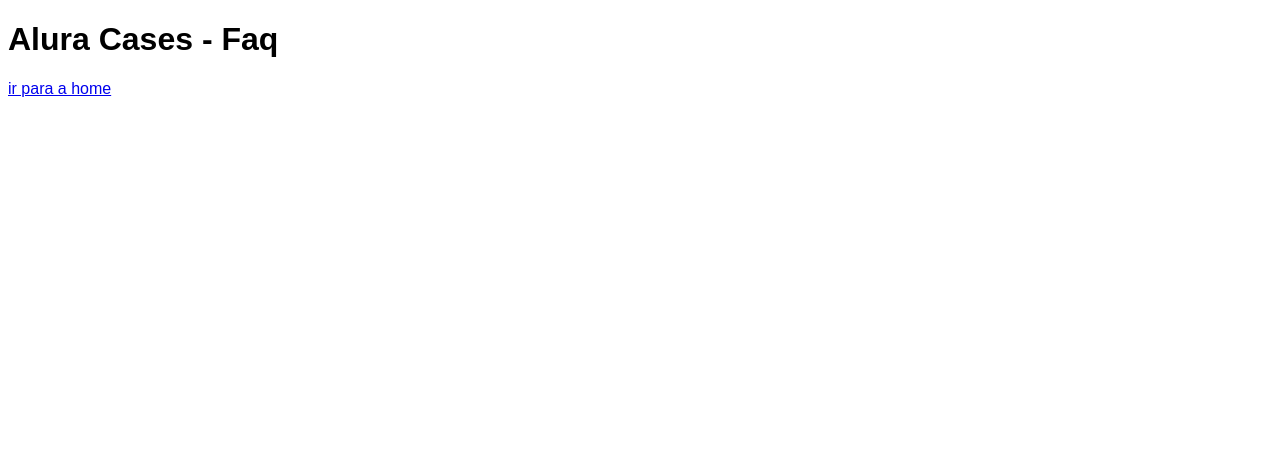
Repository: renan-oliveira93/alura-cases
Page: /faq
An editor plug-in stored every save of this project. The page is shown before and after the next save, followed by the edit.
The browser window is 1280 px wide. The pictures show the whole page.
The project was rebuilt for these pictures with package versions that can differ from the ones it lists, and the page was loaded fresh each time. The framework's server and built-in components were replaced by stand-ins that run in the browser.

Above is the page before, as saved 2022-02-09 08:15:25.

### pages/_app.js
import GlobalStyle from "../src/components/theme/GlobalStyle";

function MyApp ({ Component, pageProps}) {
    return (
        <>
        <GlobalStyle/>
        <Component {...pageProps} />
        </>
    )


}

export default MyApp;

### pages/faq.js
import Link from "../src/components/Link";

export default function FaqPage() {
    return(
        <div>
            <h1>Alura Cases - Faq</h1>
            <Link href="/">
                 <a>ir para a home</a>
            </Link>

        </div>
    )
}

### src/components/theme/GlobalStyle.js
export default function GlobalStyle () {
    return (
        <style global jsx>{`
            body {
                font-family: sans-serif;
            }
        `}</style>
    )
}

### src/components/Link/index.js
import NextLink from "next/link";

export default function Link({ children, href, ...props}) {
    return(
        <NextLink href={href} passHref>
            <a {...props}>{children}</a>
        </NextLink>
    )
}

### src/components/theme/theme.js
const partition = {
    'x1/1': '100%',
    'x1/2': '50%',
    'x1/3': '33.333333%',
    'x2/3': '66.666667%',
    'x1/4': '25%',
    'x2/4': '50%',
    'x3/4': '75%',
    'x1/5': '20%',
    'x2/5': '40%',
    'x3/5': '60%',
    'x4/5': '80%',
    'x1/6': '16.666667%',
    'x2/6': '33.333333%',
    'x3/6': '50%',
    'x4/6': '66.666667%',
    'x5/6': '83.333333%',
    'x1/12': '8.333333%',
    'x2/12': '16.666667%',
    'x3/12': '25%',
    'x4/12': '33.333333%',
    'x5/12': '41.666667%',
    'x6/12': '50%',
    'x7/12': '58.333333%',
    'x8/12': '66.666667%',
    'x9/12': '75%',
    'x10/12': '83.333333%',
    'x11/12': '91.666667%',
};

const container = {
    xcontainer_xs: '0', // '440px'  /* 27.5rem */,
    xcontainer_sm: '640px'  /* 40rem */,
    xcontainer_md: '768px'  /* 48rem */,
    xcontainer_lg: '1024px' /* 64rem */,
    xcontainer_xl: '1280px' /* 80rem */,
};

const space = {
    ...partition,
    ...container,
    x0: '0',
    xpx: '1px',
    'x0.5': '2px', // 0.125rem
    x1: '4px', // 0.25rem
    'x1.5': '6px', // 0.375rem
    x2: '8px', // 0.5rem
    'x2.5': '10px', // 0.625rem
    x3: '12px', // 0.75rem
    'x3.5': '14px', // 0.875rem
    x4: '16px', // 1rem
    x5: '20px', // 1.25rem'
    x6: '24px',// 1.5rem
    x7: '1.75rem',// 1.75rem
    x8: '32px', // 2rem
    x9: '36px', // 2.25rem
    x10: '40px', // 2.5rem
    x11: '44px', // 2.75rem
    x12: '48px', // 3rem
    x14: '56px', // 3.5rem
    x16: '64px', // 4rem
    x20: '80px', // 5rem
    x24: '96px', // 6rem
    x28: '112px', // 7rem
    x32: '128px', // 8rem
    x36: '144px', // 9rem
    x40: '160px', // 10rem
    x44: '176px', // 11rem
    x48: '192px', // 12rem
    x52: '208px', // 13rem
    x56: '224px', // 14rem
    x60: '240px', // 15rem
    x64: '256px', // 16rem
    x72: '288px', // 18rem
    x80: '320px', // 20rem
    x96: '384px', // 24rem
};

export const theme = {
    breakpoints: {
        "Breakpoints.xs": 0,
        "Breakpoints.sm": 480,
        "Breakpoints.md": 768,
        "Breakpoints.lg": 992,
        "Breakpoints.xl": 1200,
    },
    colors: {
        primary: {
            "050": "#EAE2F8",
            "100": "#CFBCF2",
            "200": "#A081D9",
            "300": "#8662C7",
            "400": "#724BB7",
            "500": "#653CAD",
            "600": "#51279B",
            "700": "#421987",
            "800": "#34126F",
            "900": "#240754",
        },
        neutral: {
            "000": "#FFFFFF",
            "050": "#F7F7F7",
            "100": "#E1E1E1",
            "200": "#CFCFCF",
            "300": "#B1B1B1",
            "400": "#9E9E9E",
            "500": "#7E7E7E",
            "600": "#626262",
            "700": "#515151",
            "800": "#3B3B3B",
            "900": "#222222",
            "999": "#111111",
        }
    },
    typography: {
        fontFamily: 'Open Sans',
        variants: {
            display1: {
                fontSize: {
                    xs: "48px",
                    md: "60px"
                },
                letterSpacing: {
                    xs: '-0.04px',
                },
                fontWeight: {
                    xs: '900',
                }
            },
            heading1: {
                fontSize: {
                    xs: "36px",
                    md: "48px"
                },
                letterSpacing: {
                    xs: '-0.04px',
                },
                fontWeight: {
                    xs: '900',
                }
            },
            heading2: {
                fontSize: {
                    xs: "24px",
                    md: "36px",
                },
                letterSpacing: {
                    xs: '-0.04px',
                },
                fontWeight: {
                    xs: '900',
                }
            },
            heading3: {
                fontSize: {
                    xs: "20px",
                    md: "30px",
                },
                letterSpacing: {
                    xs: '-0.04px',
                },
                fontWeight: {
                    xs: 'bold',
                }
            },
            heading4: {
                fontSize: {
                    xs: "16px",
                    md: "20px",
                },
                letterSpacing: {
                    xs: '-0.04px',
                },
                fontWeight: {
                    xs: 'bold',
                }
            },
            heading5: {
                fontSize: {
                    xs: "14px",
                    md: "16px",
                },
                letterSpacing: {
                    xs: '-0.04px',
                },
                fontWeight: {
                    xs: 'bold',
                }
            },
            body1: {
                fontSize: {
                    xs: "18px",
                },
                fontWeight: {
                    xs: '400',
                },
            },
            body2: {
                fontSize: {
                    xs: "16px",
                },
                fontWeight: {
                    xs: '400',
                },
            },
            body3: {
                fontSize: {
                    xs: "14px",
                },
                fontWeight: {
                    xs: '400',
                },
            },
            body4: {
                fontSize: {
                    xs: "12px",
                },
                fontWeight: {
                    xs: '400',
                },
            },
        }
    },
    space,
}

After the next save:
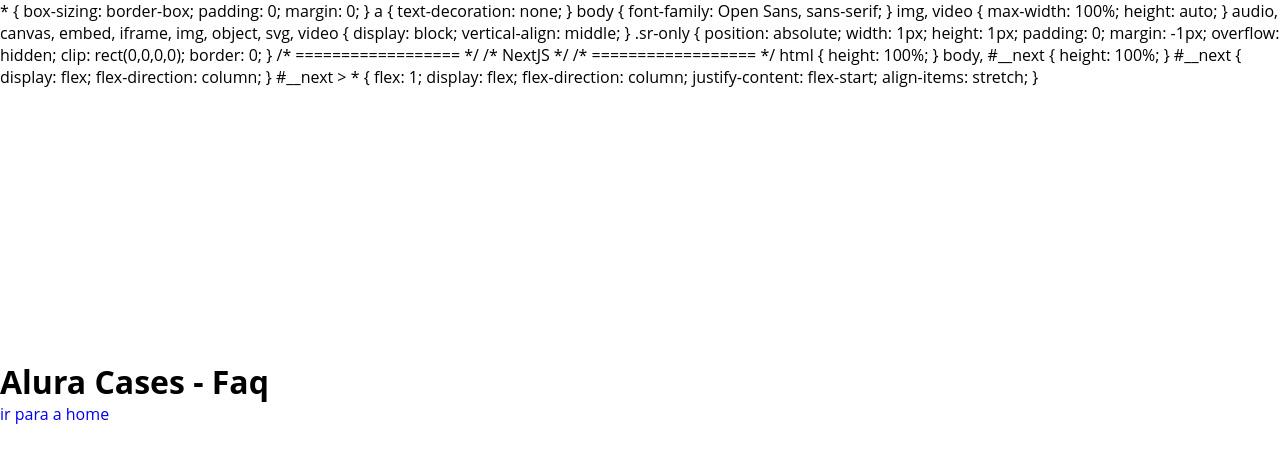
Saved 3 min 52 s later.
--- a/src/components/theme/GlobalStyle.js
+++ b/src/components/theme/GlobalStyle.js
@@ -1,9 +1,58 @@
-export default function GlobalStyle () {
+import { theme } from './theme';
+
+export default function GlobalStyle() {
     return (
         <style global jsx>{`
-            body {
-                font-family: sans-serif;
-            }
-        `}</style>
+        * {
+          box-sizing: border-box;
+          padding: 0;
+          margin: 0;
+        }
+        a {
+          text-decoration: none;
+        }
+        body {
+          font-family: ${theme.typography.fontFamily}, sans-serif;
+        }
+        img, video {
+          max-width: 100%;
+          height: auto;
+        }
+        audio, canvas, embed, iframe, img, object, svg, video {
+          display: block;
+          vertical-align: middle;
+        }
+        .sr-only {
+          position: absolute;
+          width: 1px;
+          height: 1px;
+          padding: 0;
+          margin: -1px;
+          overflow: hidden;
+          clip: rect(0,0,0,0);
+          border: 0;
+        }
+        /* ================== */
+        /* NextJS */
+        /* ================== */
+        html {
+          height: 100%;
+        }
+        body,
+        #__next {
+          height: 100%;
+        }
+        #__next {
+          display: flex;
+          flex-direction: column;
+        }
+        #__next > * {
+          flex: 1;
+          display: flex;
+          flex-direction: column;
+          justify-content: flex-start;
+          align-items: stretch;
+        }
+      `}</style>
     )
 }
